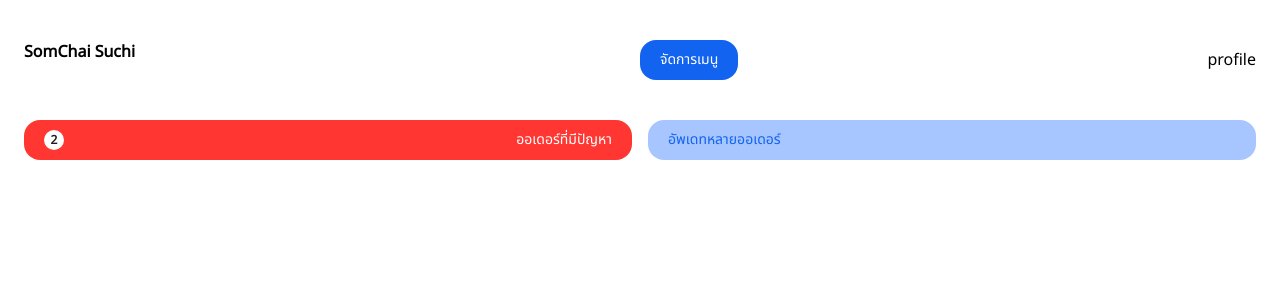
Repository: Pingping1004/food-ordering
Page: / (app in frontend/)
The author's editor kept a copy of each file at every save. The page is drawn from the files as they stood at one save, then again after a run of saves.
The browser window is 1280 px wide. The pictures show the whole page.
The project was rebuilt for these pictures with package versions that can differ from the ones it lists, and the page was loaded fresh each time. The framework's server and built-in components were replaced by stand-ins that run in the browser. Also part of the build but not shown: frontend/next.config.ts.

Above is the page before, as saved 2025-06-04 05:27:30.

After the next 2 saves:
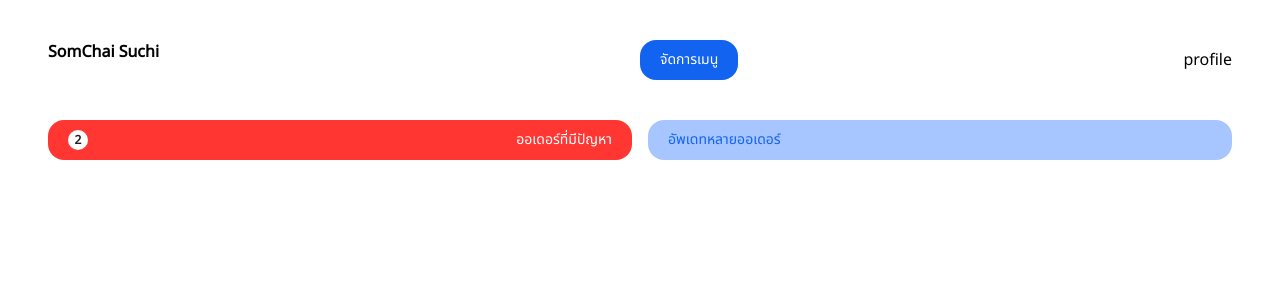
The 2 saves are shown as one change because they came seconds apart.
The last was saved 7 s later.
--- a/frontend/src/app/page.tsx
+++ b/frontend/src/app/page.tsx
@@ -4,7 +4,7 @@ import { NumberIssued } from "@/components/NumberIssue";
 
 export default function CookerHomePage() {
   return (
-    <div className="py-10">
+    <div className="py-10 px-6">
       <CookerHeader />
       <section className="grid grid-cols-2 px-6 py-10 gap-4">
         <Button
